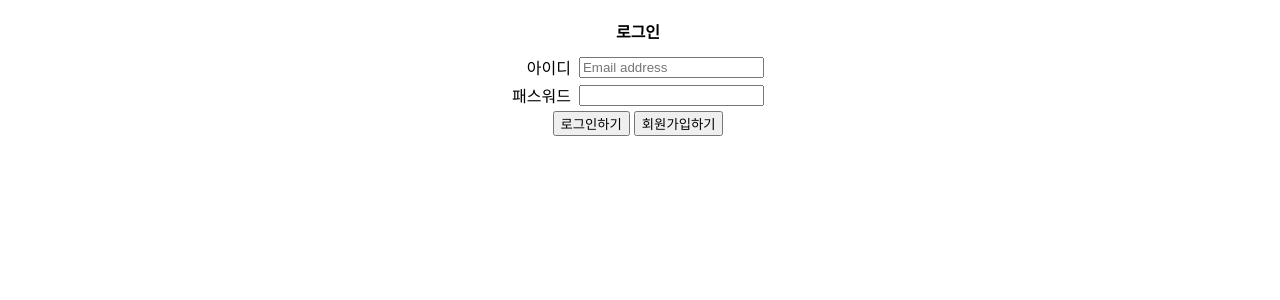
Repository: Dnut0121/2023_JSP
Page: http://localhost/Hello2/loginForm.jsp
The author's editor kept a copy of each file at every save. The page is drawn from the files as they stood at one save, then again after the next save.
The browser window is 1280 px wide. The pictures show the whole page.
The page is served by Tomcat 9. Other server files are loaded and not shown.

Above is the page before, as saved 2023-11-29 03:09:42.

### 201907036_KDH/Hello2/src/main/webapp/loginForm.jsp
<%@ page language="java" contentType="text/html; charset=UTF-8"
    pageEncoding="UTF-8"%>
<!DOCTYPE html>
<html>
<head>
	<meta charset="UTF-8">
</head>
<body>
	<form action="login.jsp">
	<table align=center>
	<tr><td colspan=2 align=center height=40><b>로그인</b><td></tr>
	<tr>
		<td align=right>아이디&nbsp;</td>
		<td><input type="text" name="id" placeholder="Email address" required></td>
	</tr>
	<tr>
		<td align=right>패스워드&nbsp;</td>
		<td><input type="password" name="ps" required></td>
	</tr>
	<tr>
		<td colspan=2 align=center height=10>
			<input type="submit" value="로그인하기">
			<a href='signup.jsp'><button>회원가입하기</button></a>
		</td>
	</tr>
	</table>
	</form>
</body>
</html>

After the next save:
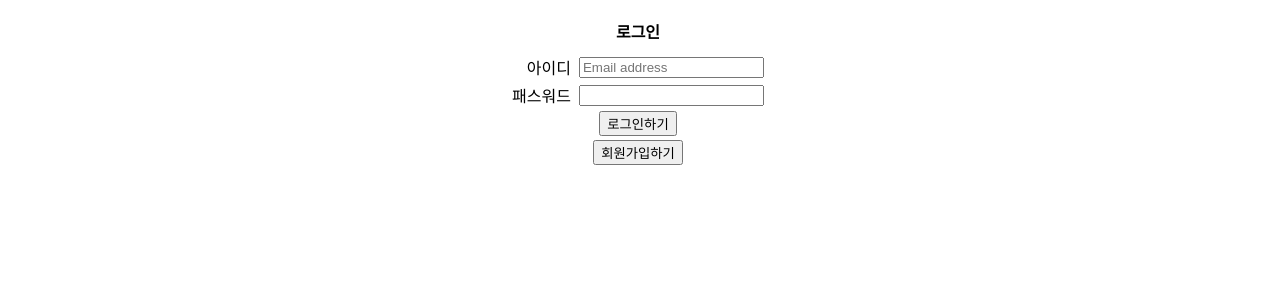
Saved 19 s later.
--- a/201907036_KDH/Hello2/src/main/webapp/loginForm.jsp
+++ b/201907036_KDH/Hello2/src/main/webapp/loginForm.jsp
@@ -20,6 +20,10 @@
 	<tr>
 		<td colspan=2 align=center height=10>
 			<input type="submit" value="로그인하기">
+		</td>
+	</tr>
+	<tr>
+		<td colspan=2 align=center height=10>
 			<a href='signup.jsp'><button>회원가입하기</button></a>
 		</td>
 	</tr>
